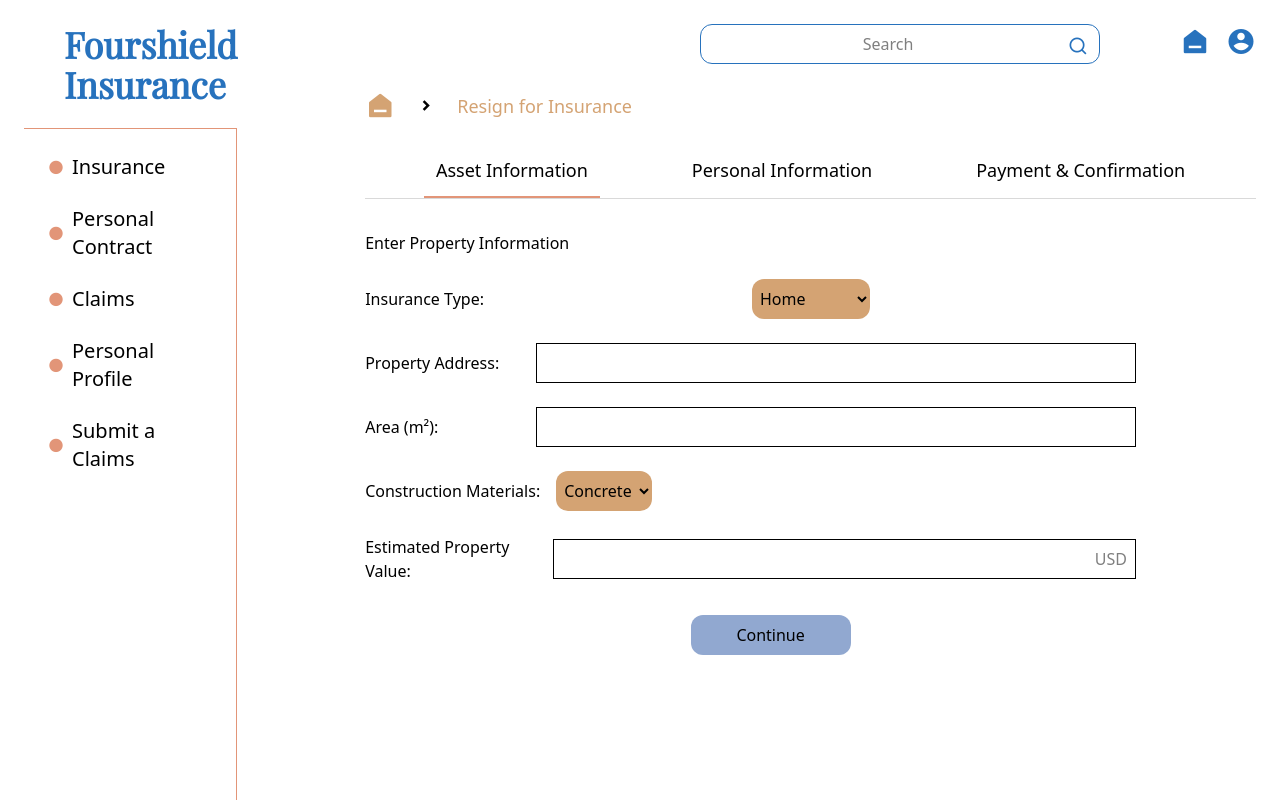
Repository: MockProject9920/MockProject_022025_Nhom4
Page: / (app in frontend/)
These files come from the project's save history. The page is drawn as it stood at one moment and after a run of saves; the edit follows.
The browser window is 1280 px wide. The pictures show the whole page.
The project was rebuilt for these pictures with package versions that can differ from the ones it lists, and the page was loaded fresh each time. Also part of the build but not shown: frontend/vite.config.js, frontend/src/pages/Login.jsx.

Above is the page before, as saved 2025-03-05 17:09:40.

### frontend/index.html
<!DOCTYPE html>

<html lang="en">
  <head>
    <meta charset="UTF-8" />
    <link rel="icon" type="image/svg+xml" href="/vite.svg" />
    <meta name="viewport" content="width=device-width, initial-scale=1.0" />
    <title>Vite + React</title>
  </head>
  <body>
    <div id="root"></div>
    <script type="module" src="/src/main.jsx"></script>
  </body>
</html>

### frontend/src/index.css
@import "tailwindcss";
@import "remixicon/fonts/remixicon.css";
/*  font-family: system-ui, Avenir, Helvetica, Arial, sans-serif;
  line-height: 1.5;
  font-weight: 400;

  color-scheme: light dark;
  color: rgba(255, 255, 255, 0.87);
  background-color: #242424;

  font-synthesis: none;
  text-rendering: optimizeLegibility;
  -webkit-font-smoothing: antialiased;
  -moz-osx-font-smoothing: grayscale;
}

a {
  font-weight: 500;
  color: #646cff;
  text-decoration: inherit;
}
a:hover {
  color: #535bf2;
}

body {
  margin: 0;
  display: flex;
  place-items: center;
  min-width: 320px;
  min-height: 100vh;
}

h1 {
  font-size: 3.2em;
  line-height: 1.1;
}

button {
  border-radius: 8px;
  border: 1px solid transparent;
  padding: 0.6em 1.2em;
  font-size: 1em;
  font-weight: 500;
  font-family: inherit;
  background-color: #1a1a1a;
  cursor: pointer;
  transition: border-color 0.25s;
}
button:hover {
  border-color: #646cff;
}
button:focus,
button:focus-visible {
  outline: 4px auto -webkit-focus-ring-color;
}

@media (prefers-color-scheme: light) {
  :root {
    color: #213547;
    background-color: #ffffff;
  }
  a:hover {
    color: #747bff;
  }
  button {
    background-color: #f9f9f9;
  }
} */

### frontend/src/App.jsx
import AssetInformation from "./pages/AssetInformation";
import Login from "./pages/Login";

function App() {
  return (
    <>
      <AssetInformation />
    </>
  );
}

export default App;

### frontend/src/pages/AssetInformation.jsx
import React, { useState } from "react";
import "@fontsource/playfair-display";

function AssetInformation() {
  const [isSidebarOpen, setIsSidebarOpen] = useState(false);

  return (
    <div className="flex flex-col md:flex-row h-screen w-screen">
      <button
        className="md:hidden p-4 text-2xl text-[#2772BD]"
        onClick={() => setIsSidebarOpen(!isSidebarOpen)}
      >
        <i className="ri-menu-line"></i>
      </button>

      <div
        className={`fixed md:static top-0 left-0 h-full w-[280px] bg-white  p-6 transition-transform duration-300
        ${
          isSidebarOpen ? "translate-x-0" : "-translate-x-full md:translate-x-0"
        }`}
      >
        <button
          className="md:hidden text-2xl text-[#E29578] mb-4"
          onClick={() => setIsSidebarOpen(false)}
        >
          <i className="ri-close-line"></i>
        </button>
        <p
          className="text-4xl text-[#2772BD] font-bold pl-10 mb-6"
          style={{ fontFamily: "Playfair Display" }}
        >
          Fourshield Insurance
        </p>
        <div className="space-y-6 h-full p-6 border-t border-r border-[#E29578]">
          {[
            "Insurance",
            "Personal Contract",
            "Claims",
            "Personal Profile",
            "Submit a Claims",
          ].map((item, index) => (
            <div key={index} className="flex space-x-2 items-center">
              <i className="ri-circle-fill text-[#E29578]"></i>
              <p className="text-xl">{item}</p>
            </div>
          ))}
        </div>
      </div>

      {/* Nội dung chính */}
      <div className="w-full p-6 ">
        <div className="flex justify-end space-x-20">
          <div className="relative ">
            <input
              placeholder="Search"
              className="w-40 md:w-100 h-10 border border-[#2772BD] text-center py-2 pr-10 pl-4 rounded-xl"
            />
            <i className="ri-search-line absolute right-3 top-[8px] text-[#2772BD] text-xl"></i>
          </div>
          <div className="flex space-x-4 text-[#2772BD] text-2xl">
            <i className="ri-home-6-fill text-3xl"></i>
            <i className="ri-account-circle-fill text-3xl"></i>
          </div>
        </div>

        <div className="flex space-x-4 items-center mt-6 ml-20">
          <i className="ri-home-6-fill text-3xl text-[#D4A373]"></i>
          <i className="ri-arrow-drop-right-line text-3xl"></i>
          <p className="text-lg text-[#D4A373]">Resign for Insurance</p>
        </div>

        <div className="flex space-x-20 ml-20 mt-5 justify-center border-b-1 border-b-[#D9D9D9]">
          <p className="text-lg p-3 border-b-2 border-b-[#E29578] z-10">
            Asset Information
          </p>
          <p className="text-lg p-3 ">Personal Information</p>
          <p className="text-lg p-3 ">Payment & Confirmation</p>
        </div>

        <div className="mt-8 space-y-6 ml-20">
          <p className="font-medium">Enter Property Information</p>
          <div className="flex flex-col md:flex-row md:items-center md:space-x-4">
            <p className="font-medium">Insurance Type:</p>
            <select className="h-10 p-1 ml-63 rounded-xl bg-[#D4A373] w-full md:w-auto">
              {["Home", "Apartment", "Commercial"].map((type) => (
                <option className="bg-white" key={type} value={type}>
                  {type}
                </option>
              ))}
            </select>
          </div>
          <div className="flex flex-col md:flex-row md:items-center md:justify-between ">
            <p className="font-medium">Property Address:</p>
            <input className="border p-2 w-full mr-30 md:w-150 h-10" />
          </div>
          <div className="flex flex-col md:flex-row md:items-center md:justify-between">
            <p className="font-medium">Area (m²):</p>
            <input className="border p-2 mr-30 w-full md:w-150 h-10" />
          </div>
          <div className="flex flex-col md:flex-row md:items-center md:space-x-4">
            <p className="font-medium">Construction Materials:</p>
            <select className="h-10 p-1 rounded-xl bg-[#D4A373] w-full md:w-auto">
              {["Concrete", "Brick", "Wood", "Other"].map((material) => (
                <option className="bg-white" key={material} value={material}>
                  {material}
                </option>
              ))}
            </select>
          </div>
          <div className="flex flex-col md:flex-row md:items-center md:justify-between">
            <p className="font-medium">Estimated Property Value:</p>
            <input
              placeholder="USD"
              className="border p-2 mr-30 text-right w-full md:w-150 h-10"
            />
          </div>
        </div>

        <div className="text-center mt-8">
          <button className="bg-[#91A8D0] p-2 w-40 rounded-xl">Continue</button>
        </div>
      </div>
    </div>
  );
}

export default AssetInformation;

Loaded but not shown: frontend/src/main.jsx (common file)

After the next 3 saves:
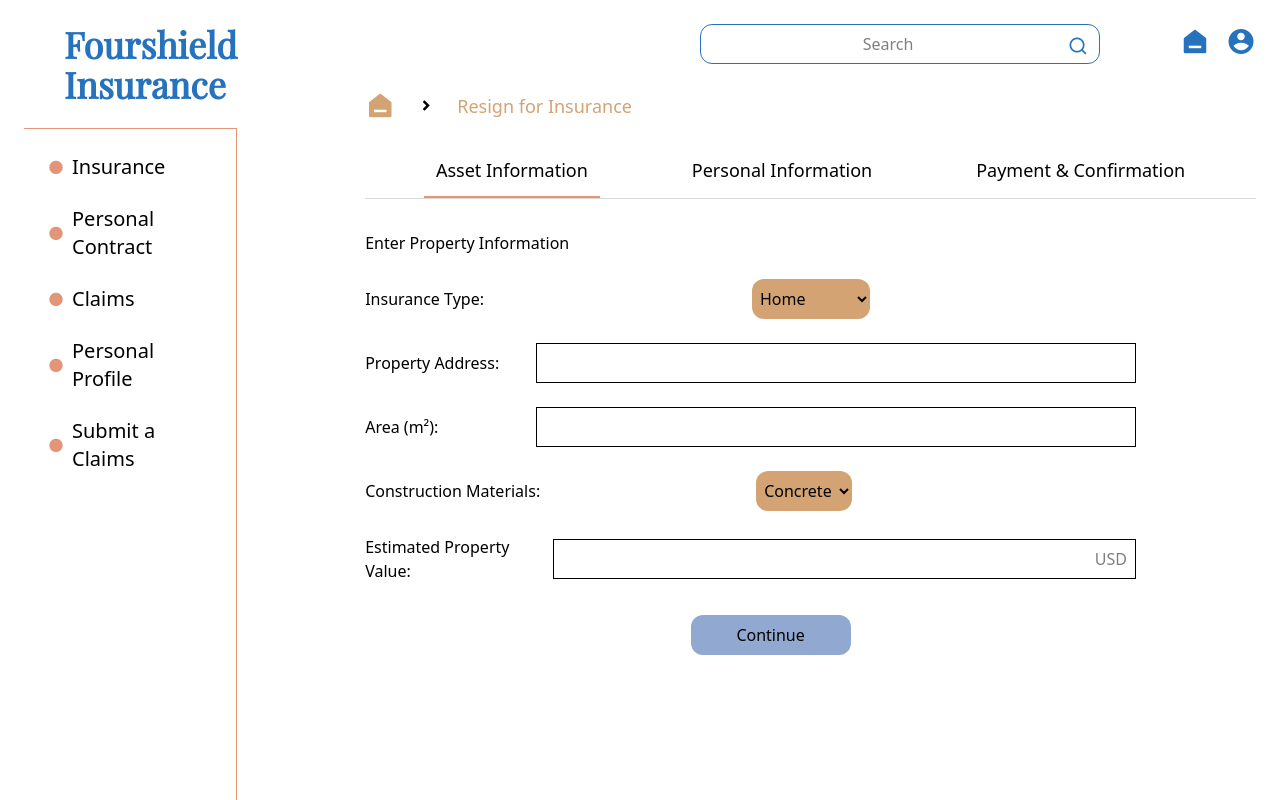
The 3 saves are shown as one change because they came seconds apart.
The last was saved 28 s later.
--- a/frontend/src/pages/AssetInformation.jsx
+++ b/frontend/src/pages/AssetInformation.jsx
@@ -99,7 +99,7 @@ function AssetInformation() {
           </div>
           <div className="flex flex-col md:flex-row md:items-center md:space-x-4">
             <p className="font-medium">Construction Materials:</p>
-            <select className="h-10 p-1 rounded-xl bg-[#D4A373] w-full md:w-auto">
+            <select className="h-10 p-1 ml-50 rounded-xl bg-[#D4A373] w-full md:w-auto">
               {["Concrete", "Brick", "Wood", "Other"].map((material) => (
                 <option className="bg-white" key={material} value={material}>
                   {material}
